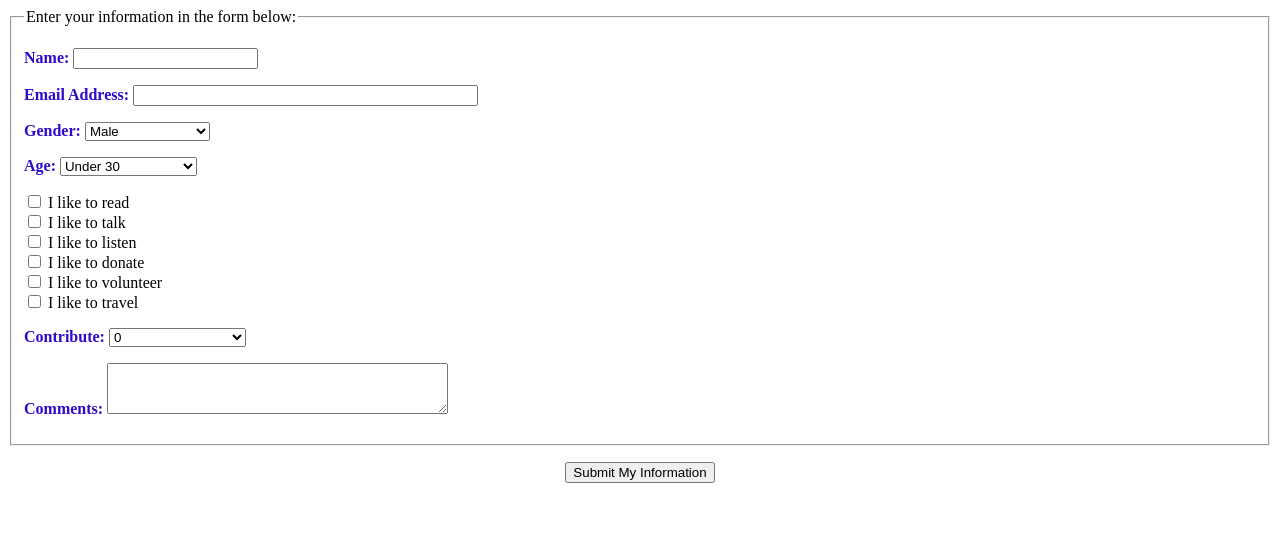
Repository: oduong1/COSW30
Page: homework/homework2/contact.html
The author's editor kept a record of every edit. The page is drawn from the files as they stood at one moment, then again after the next edit.
The browser window is 1280 px wide. The pictures show the whole page.

Above is the page before.

After the next edit:
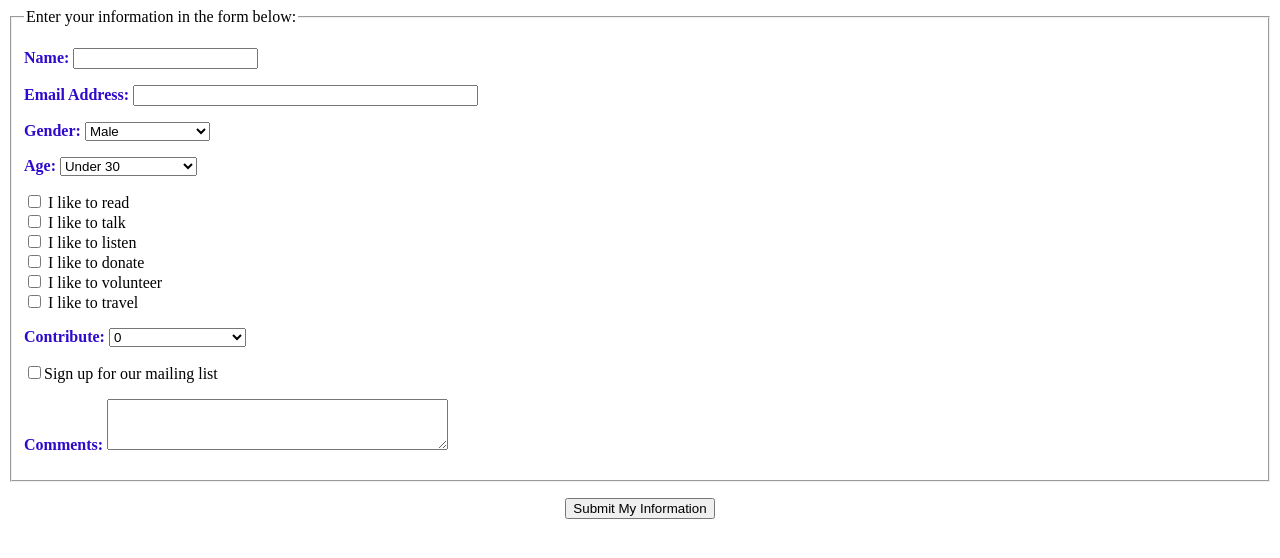
The edit:
--- a/homework/homework2/contact.html
+++ b/homework/homework2/contact.html
@@ -50,6 +50,9 @@
 		<option value="30-60">Between 30 and 60</option>
 		<option value="60+">Over 60</option>
 	</select></label></p>
+	<p>
+		<input type="checkbox" name="signup" value="signup">Sign up for our mailing list<br>
+	</p>
 
 	<p><label>Comments: <textarea name="comments" rows="3" cols="40"></textarea></label></p>
 
